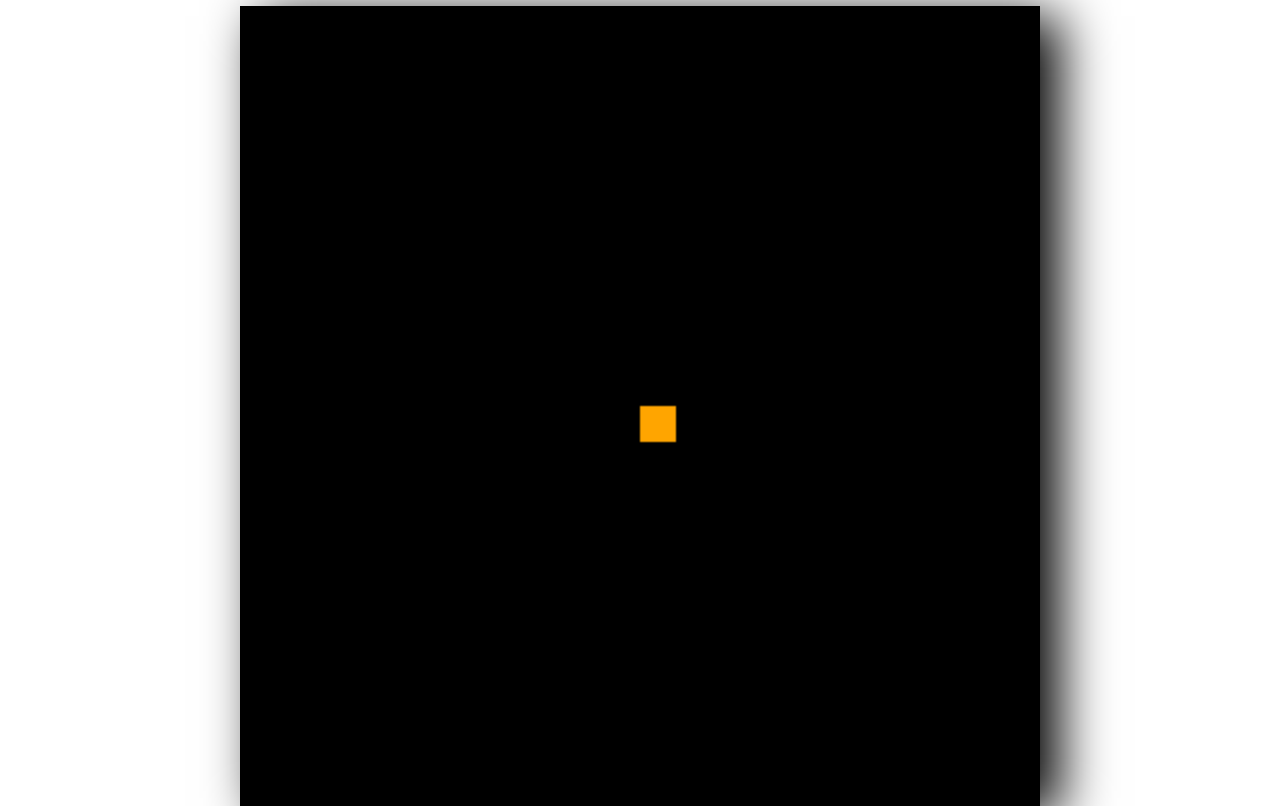
Repository: Ellisvelandia/snake
Page: index.html
The author's editor kept a copy of each file at every save. The page is drawn from the files as they stood at one save, then again after a run of saves.
The browser window is 1280 px wide. The pictures show the whole page.

Above is the page before, as saved 2022-08-26 23:46:05.

After the next 2 saves:
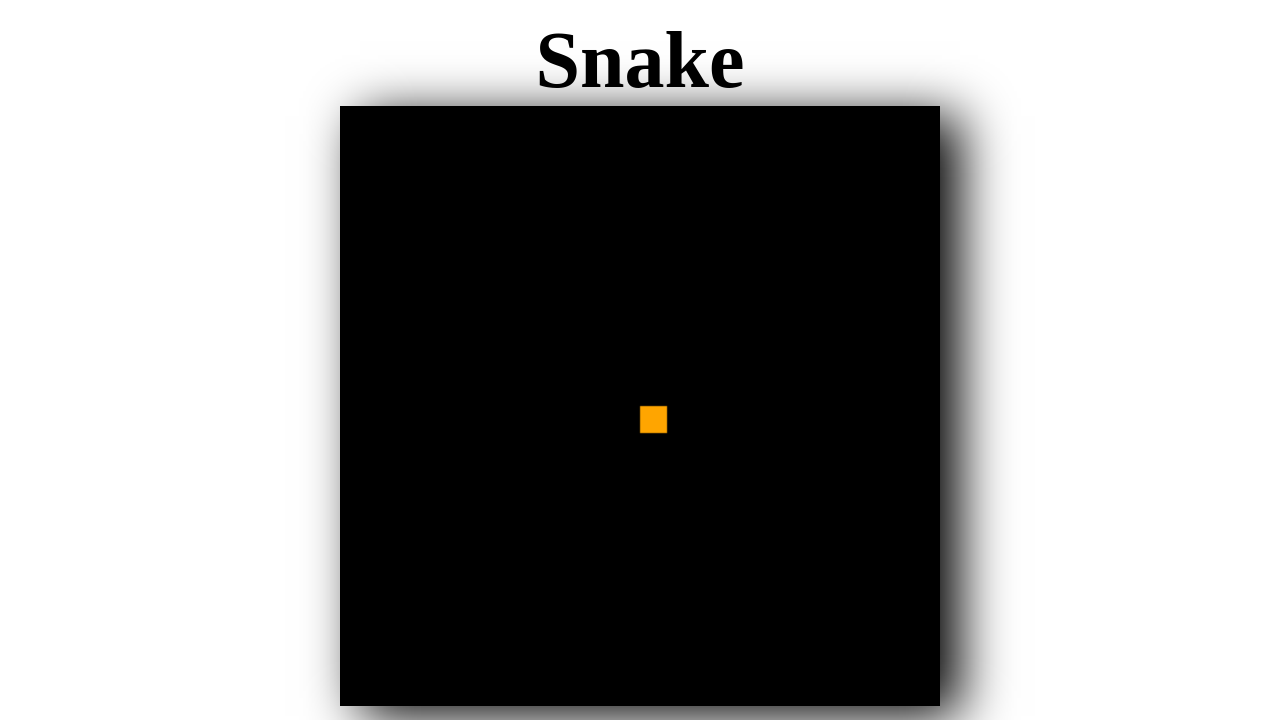
The 2 saves are shown as one change because they came seconds apart.
The last was saved 12 s later.
--- a/style.css
+++ b/style.css
@@ -19,7 +19,7 @@ h1 {
   font-size: 5rem;
 }
 canvas {
-  width: 800px;
-  height: 800px;
+  width: 600px;
+  height: 600px;
   box-shadow: #000 20px 10px 50px;
 }
